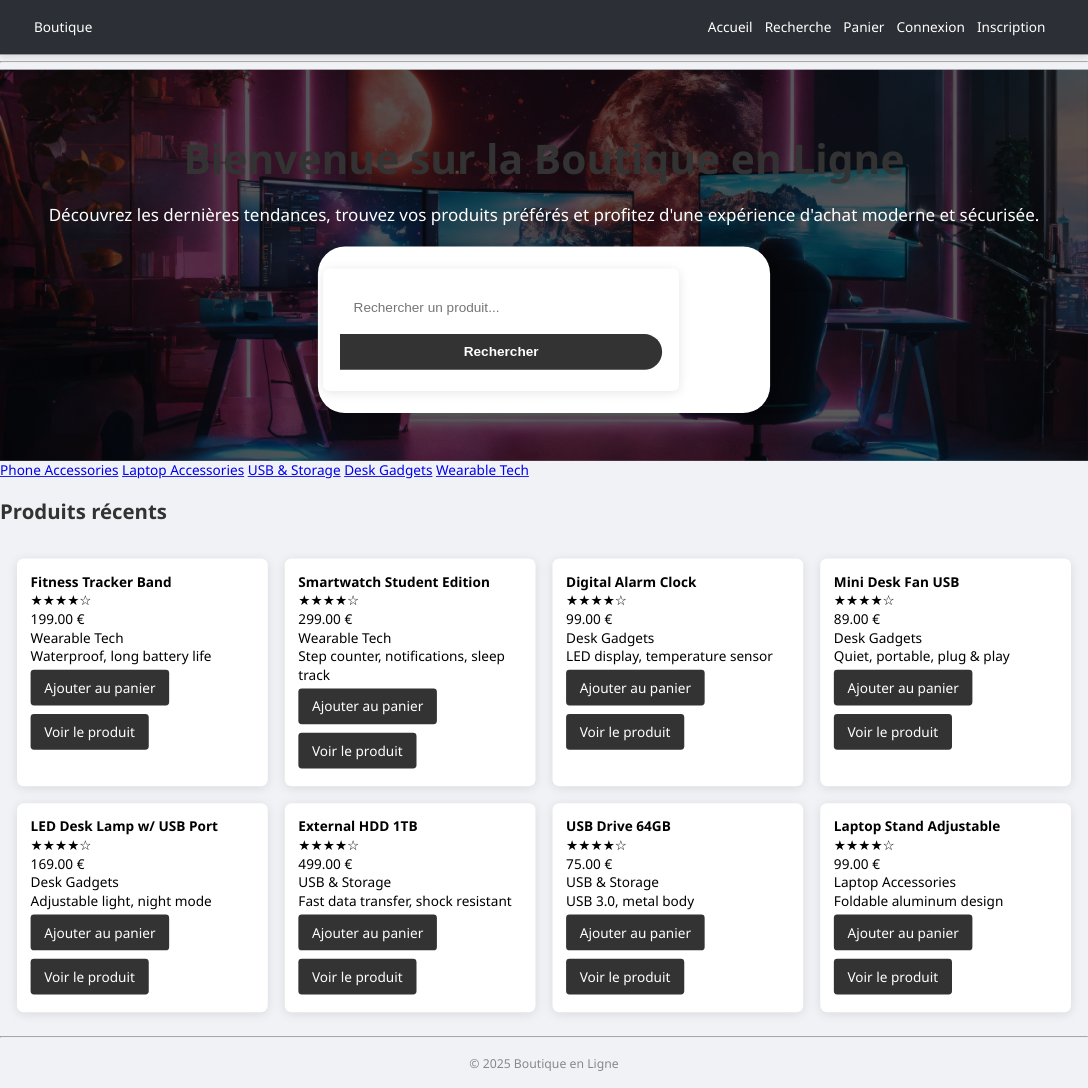
Repository: kiraj-walid/ecomerce
Page: http://localhost/
The author's editor kept a copy of each file at every save. The page is drawn from the files as they stood at one save, then again after the next save.
The browser window is 1280 px wide. The pictures show the whole page, at 85% of full size.
The page is run by PHP 8.4 with error messages shown; the project is at /var/www/html/. The database holds what the project's SQL file puts in it. Queries for data that is not in the repository find no rows.

Above is the page before, as saved 2025-05-07 14:53:51.

### index.php
<?php
require_once 'includes/db.php';
require_once 'includes/functions.php';
include 'includes/header.php';

// Récupérer les 8 derniers produits
$products = $pdo->query('SELECT * FROM produits ORDER BY id DESC LIMIT 8')->fetchAll();

// Fetch categories for quick filters
$categories = $pdo->query("SELECT DISTINCT categorie FROM produits WHERE categorie IS NOT NULL AND categorie != ''")->fetchAll(PDO::FETCH_COLUMN);
?>

<div class="hero-section">
    <img src="assets/images/landingpage.webp" alt="Boutique en Ligne" class="hero-bg-img">
    <div class="hero-overlay"></div>
    <div class="hero-content">
        <div class="hero-text">
            <h1>Bienvenue sur la Boutique en Ligne</h1>
            <p>Découvrez les dernières tendances, trouvez vos produits préférés et profitez d'une expérience d'achat moderne et sécurisée.</p>
        </div>
        <div class="hero-search">
            <form action="search.php" method="GET">
                <input type="text" name="q" placeholder="Rechercher un produit..." class="search-input">
                <button type="submit" class="hero-btn">Rechercher</button>
            </form>
        </div>
    </div>
</div>

<?php if (!empty($categories)) : ?>
<div class="category-filters">
    <?php foreach ($categories as $cat) : ?>
        <a href="search.php?category=<?= urlencode($cat) ?>" class="category-card"><?= htmlspecialchars($cat) ?></a>
    <?php endforeach; ?>
</div>
<?php endif; ?>

<h2 class="recent-products-title">Produits récents</h2>

<?php if (count($products) === 0) : ?>
    <p class="no-products">Aucun produit disponible.</p>
<?php else : ?>
    <div class="product-listing">
    <?php foreach ($products as $prod) : ?>
        <div class="product-card">
            <?php
            $stmt_imgs = $pdo->prepare('SELECT image FROM images_produit WHERE produit_id = ?');
            $stmt_imgs->execute([$prod['id']]);
            $images = $stmt_imgs->fetchAll(PDO::FETCH_COLUMN);
            ?>
            <div class="product-gallery">
                <?php if ($images && count($images) > 0): ?>
                    <span onclick="prevImg(<?= $prod['id'] ?>)" class="gallery-arrow gallery-arrow-left">
                        <svg width="24" height="24" viewBox="0 0 24 24"><polyline points="15 18 9 12 15 6" fill="none" stroke="#333" stroke-width="2" stroke-linecap="round" stroke-linejoin="round"/></svg>
                    </span>
                    <img src="assets/images/<?= htmlspecialchars($images[0]) ?>" alt="<?= htmlspecialchars($prod['nom']) ?>" id="main-img-<?= $prod['id'] ?>">
                    <span onclick="nextImg(<?= $prod['id'] ?>)" class="gallery-arrow gallery-arrow-right">
                        <svg width="24" height="24" viewBox="0 0 24 24"><polyline points="9 6 15 12 9 18" fill="none" stroke="#333" stroke-width="2" stroke-linecap="round" stroke-linejoin="round"/></svg>
                    </span>
                    <?php if (count($images) > 1): ?>
                        <script>
                        var imgs<?= $prod['id'] ?> = <?= json_encode($images) ?>;
                        var idx<?= $prod['id'] ?> = 0;
                        function nextImg(pid) {
                            if (window['idx'+pid] < window['imgs'+pid].length-1) window['idx'+pid]++;
                            else window['idx'+pid]=0;
                            document.getElementById('main-img-'+pid).src = 'assets/images/' + window['imgs'+pid][window['idx'+pid]];
                        }
                        function prevImg(pid) {
                            if (window['idx'+pid] > 0) window['idx'+pid]--;
                            else window['idx'+pid]=window['imgs'+pid].length-1;
                            document.getElementById('main-img-'+pid).src = 'assets/images/' + window['imgs'+pid][window['idx'+pid]];
                        }
                        window['imgs'+<?= $prod['id'] ?>] = imgs<?= $prod['id'] ?>;
                        window['idx'+<?= $prod['id'] ?>] = 0;
                        </script>
                    <?php endif; ?>
                <?php endif; ?>
            </div>
            <strong><?= htmlspecialchars($prod['nom']) ?></strong><br>
            <div class="product-rating">★★★★☆</div>
            <span><?= number_format($prod['prix'], 2) ?> €</span><br>
            <span><?= htmlspecialchars($prod['categorie']) ?></span><br>
            <div class="product-desc">
                <?= htmlspecialchars(mb_strimwidth($prod['description'], 0, 80, '...')) ?>
            </div>
            <a href="cart.php?add=<?= $prod['id'] ?>" class="add-to-cart-btn">Ajouter au panier</a>
            <a href="product.php?id=<?= $prod['id'] ?>" class="product-details-btn">Voir le produit</a>
        </div>
    <?php endforeach; ?>
    </div>
<?php endif; ?>

<?php include 'includes/footer.php'; ?>

### includes/db.php
<?php
// Connexion à la base de données
$host = 'localhost';
$db   = 'boutique';
$user = 'root';
$pass = '';
$charset = 'utf8mb4';

$dsn = "mysql:host=$host;dbname=$db;charset=$charset";
$options = [
    PDO::ATTR_ERRMODE            => PDO::ERRMODE_EXCEPTION,
    PDO::ATTR_DEFAULT_FETCH_MODE => PDO::FETCH_ASSOC,
    PDO::ATTR_EMULATE_PREPARES   => false,
];
try {
     $pdo = new PDO($dsn, $user, $pass, $options);
} catch (PDOException $e) {
     exit('Erreur de connexion à la base de données : ' . $e->getMessage());
}

### includes/functions.php
<?php
session_start();

function is_logged_in() {
    return isset($_SESSION['user_id']);
}

function is_admin() {
    return isset($_SESSION['role']) && $_SESSION['role'] === 'admin';
}

function redirect($url) {
    header('Location: ' . $url);
    exit();
}

### includes/header.php
<?php
require_once __DIR__ . '/functions.php';
?>
<!DOCTYPE html>
<html lang="fr">
<head>
    <meta charset="UTF-8">
    <title>Boutique en Ligne</title>
    <link rel="stylesheet" href="assets/css/style.css">
</head>
<body>
<nav class="navbar">
    <div class="navbar-container">
        <a href="index.php" class="navbar-logo">Boutique</a>
        <div class="navbar-links">
            <a href="index.php">Accueil</a>
            <a href="search.php">Recherche</a>
            <a href="cart.php">Panier</a>
            <?php if (is_logged_in()): ?>
                <?php if (is_admin()): ?>
                    <a href="admin/dashboard.php">Admin</a>
                <?php else: ?>
                    <a href="profile.php">Mon Profil</a>
                <?php endif; ?>
                <a href="logout.php" class="logout">Déconnexion</a>
            <?php else: ?>
                <a href="login.php">Connexion</a>
                <a href="register.php">Inscription</a>
            <?php endif; ?>
        </div>
    </div>
</nav>
<hr>

### includes/footer.php
<hr>
<footer>
    <p>&copy; <?php echo date('Y'); ?> Boutique en Ligne</p>
</footer>
</body>
</html>

### assets/css/style.css
body {
    font-family: 'Segoe UI', sans-serif;
    background-color: #f0f2f5;
    margin: 0;
    padding: 0;
    overflow-x: hidden;
  }

  nav {
    background-color: #333;
    color: #fff;
    padding: 10px;
  }

  nav a {
    color: #fff;
    margin-right: 10px;
    text-decoration: none;
  }

  h1, h2 {
    color: #333;
  }

  form {
    background-color: #fff;
    padding: 20px;
    margin: 20px 0;
    border-radius: 8px;
    max-width: 400px;
    box-shadow: 0px 2px 12px rgba(0, 0, 0, 0.1);
  }

  input, button {
    margin: 5px 0;
    padding: 12px;
    width: 100%;
    box-sizing: border-box;
  }

  footer {
    text-align: center;
    color: #888;
    font-size: 0.9em;
    margin: 20px 0;
  }

  .navbar {
    background-color: #2c2f35;
    color: #fff;
    padding: 0;
    box-shadow: 0px 4px 8px rgba(0, 0, 0, 0.1);
  }

  .navbar-container {
    max-width: 1200px;
    margin: 0 auto;
    display: flex;
    align-items: center;
    justify-content: space-between;
    padding: 0 24px;
    height: 64px;
  }

  .hero-section {
    position: relative;
    width: 100%;
    min-height: 420px;
    display: flex;
    align-items: center;
    justify-content: center;
    overflow: hidden;
    background-color: #1a1d21;
  }

  .hero-bg-img {
    position: absolute;
    width: 100%;
    height: 100%;
    object-fit: cover;
    z-index: 1;
    opacity: 0.85;
  }

  .hero-overlay {
    position: absolute;
    width: 100%;
    height: 100%;
    background-color: rgba(0, 0, 0, 0.6);
    z-index: 2;
  }

  .hero-content {
    position: relative;
    z-index: 3;
    text-align: center;
    color: #fff;
    padding: 40px;
  }

  .hero-text h1 {
    font-size: 3em;
    margin-bottom: 16px;
    font-weight: bold;
  }

  .hero-text p {
    font-size: 1.25em;
    margin-bottom: 24px;
  }

  .hero-search {
    display: flex;
    align-items: center;
    background-color: #fff;
    border-radius: 32px;
    box-shadow: 0 2px 12px rgba(0, 0, 0, 0.1);
    width: 90%;
    max-width: 520px;
    margin: 16px auto;
    padding: 6px;
  }

  .hero-search input {
    flex: 1;
    padding: 12px 16px;
    border: none;
    border-radius: 32px 0 0 32px;
    outline: none;
    font-size: 1em;
  }

  .hero-search button {
    padding: 12px 24px;
    border: none;
    background-color: #333;
    color: #fff;
    border-radius: 0 32px 32px 0;
    cursor: pointer;
    font-weight: bold;
    font-size: 1em;
  }

  .hero-search button:hover {
    background-color: #555;
  }

  .product-listing {
    display: grid;
    grid-template-columns: repeat(auto-fill, minmax(250px, 1fr));
    gap: 20px;
    padding: 20px;
  }

  .product-card {
    background-color: #fff;
    padding: 16px;
    border-radius: 8px;
    box-shadow: 0px 2px 12px rgba(0, 0, 0, 0.1);
    transition: transform 0.3s, box-shadow 0.3s;
  }

  .product-card:hover {
    transform: translateY(-4px);
    box-shadow: 0px 4px 16px rgba(0, 0, 0, 0.15);
  }

  .product-gallery img {
    width: 100%;
    height: auto;
    border-radius: 6px;
    margin-bottom: 8px;
  }

  .add-to-cart-btn, .product-details-btn {
    display: inline-block;
    padding: 10px 16px;
    margin: 5px 0;
    background-color: #333;
    color: #fff;
    text-decoration: none;
    border-radius: 4px;
    transition: background-color 0.3s;
  }

  .add-to-cart-btn:hover, .product-details-btn:hover {
    background-color: #555;
  }

### sql/schema.sql (the tables this page reads)
CREATE TABLE IF NOT EXISTS produits (
    id INT AUTO_INCREMENT PRIMARY KEY,
    nom VARCHAR(100),
    description TEXT,
    prix DECIMAL(10,2),
    categorie VARCHAR(50),
    image VARCHAR(255)
);

INSERT INTO produits (nom, prix, description, categorie) VALUES
('Silicone Phone Case', 39, 'Ultra-thin, shockproof, multiple colors', 'Phone Accessories'),
('Wireless Earbuds', 129, 'Bluetooth 5.0, 4h battery life', 'Phone Accessories'),
('Magnetic Phone Holder', 49, 'For car or desk, 360° rotation', 'Phone Accessories'),
('Fast Charging Cable (Type-C)', 29, 'Braided, durable, 1.5m length', 'Phone Accessories');

INSERT INTO produits (nom, prix, description, categorie) VALUES
('Laptop Cooling Pad', 139, '5 silent fans, adjustable tilt angles', 'Laptop Accessories'),
('Wireless Mouse', 79, 'Compact, USB receiver included', 'Laptop Accessories'),
('Laptop Stand Adjustable', 99, 'Foldable aluminum design', 'Laptop Accessories');

INSERT INTO produits (nom, prix, description, categorie) VALUES
('USB Drive 64GB', 75, 'USB 3.0, metal body', 'USB & Storage'),
('External HDD 1TB', 499, 'Fast data transfer, shock resistant', 'USB & Storage');

INSERT INTO produits (nom, prix, description, categorie) VALUES
('LED Desk Lamp w/ USB Port', 169, 'Adjustable light, night mode', 'Desk Gadgets'),
('Mini Desk Fan USB', 89, 'Quiet, portable, plug & play', 'Desk Gadgets'),
('Digital Alarm Clock', 99, 'LED display, temperature sensor', 'Desk Gadgets');

INSERT INTO produits (nom, prix, description, categorie) VALUES
('Smartwatch Student Edition', 299, 'Step counter, notifications, sleep track', 'Wearable Tech'),
('Fitness Tracker Band', 199, 'Waterproof, long battery life', 'Wearable Tech');

After the next save:
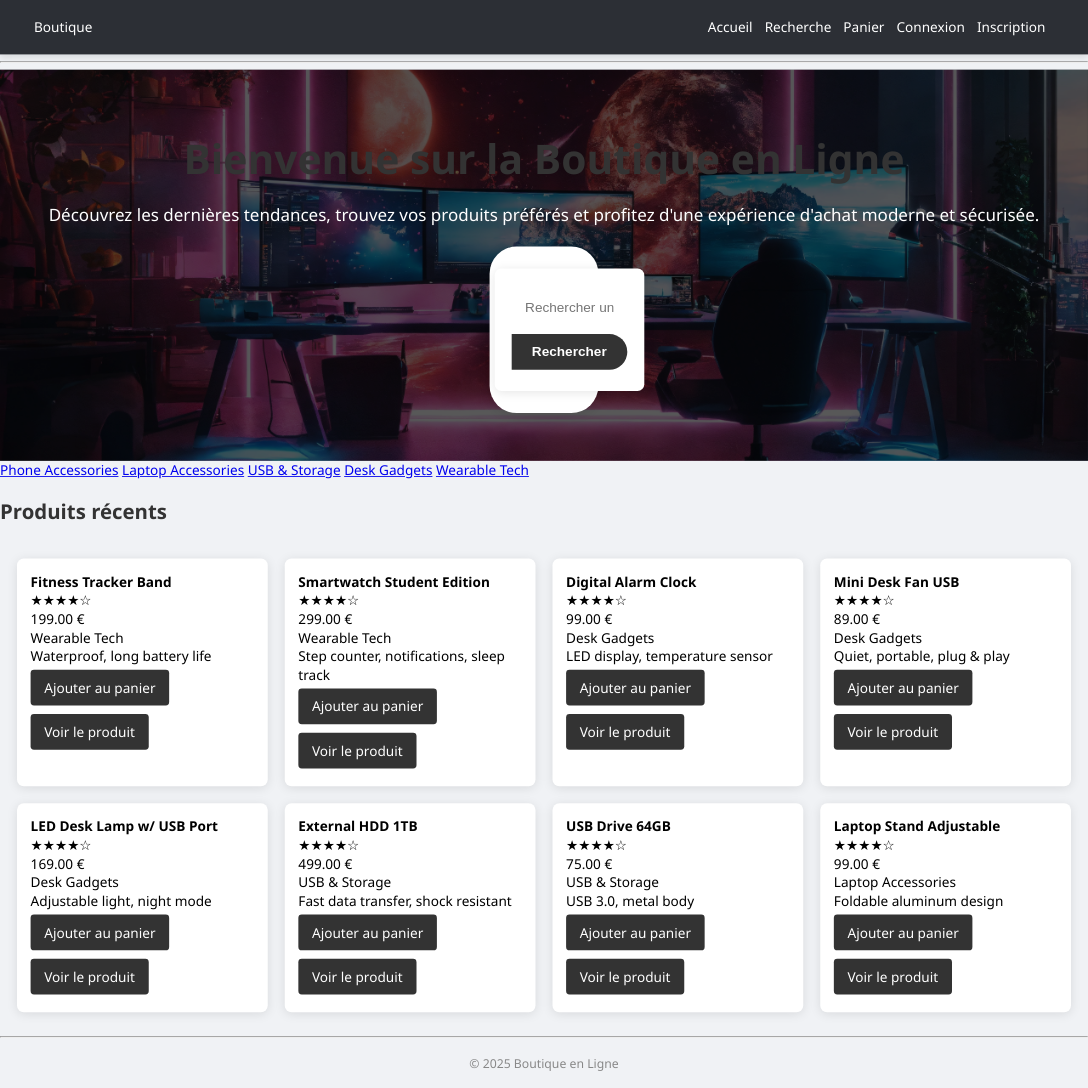
Saved 25 s later.
--- a/assets/css/style.css
+++ b/assets/css/style.css
@@ -115,7 +115,7 @@ body {
     background-color: #fff;
     border-radius: 32px;
     box-shadow: 0 2px 12px rgba(0, 0, 0, 0.1);
-    width: 90%;
+    width: 10%;
     max-width: 520px;
     margin: 16px auto;
     padding: 6px;
